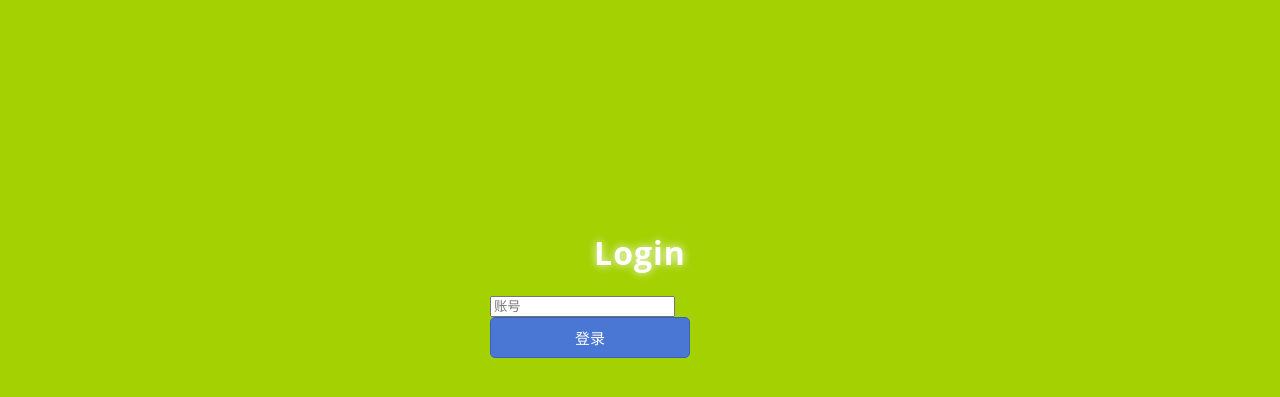
Repository: SnugHAN/gg
Page: http://localhost/bank/
These files come from the project's save history. The page is drawn as it stood at one moment and after the next save; the edit follows.
The browser window is 1280 px wide. The pictures show the whole page.
The page is served by Tomcat 9. Queries for data that is not in the repository find no rows.

Above is the page before, as saved 2016-11-30 13:29:40.

### bank/bank/WebRoot/index.jsp
<%@ page language="java" import="java.util.*" pageEncoding="utf-8"%>

<%
String path = request.getContextPath();
String basePath = request.getScheme()+"://"+request.getServerName()+":"+request.getServerPort()+path+"/";
%>
<%@ page language="java" contentType="text/html; charset=utf-8"%>
<%@ page import="java.sql.* "%>

<%@ page import="java.lang.String" %>
<%@ page import="java.sql.ResultSet" %>
<!DOCTYPE HTML PUBLIC "-//W3C//DTD HTML 4.01 Transitional//EN">
<html>
  <head>
    <base href="<%=basePath%>">

    <title>我存我惠</title>
	<meta http-equiv="pragma" content="no-cache">
	<meta http-equiv="cache-control" content="no-cache">
	<meta http-equiv="expires" content="0">
	<meta http-equiv="keywords" content="keyword1,keyword2,keyword3">
	<meta http-equiv="description" content="This is my page">
	<!--
	<link rel="stylesheet" type="text/css" href="styles.css">
	-->
  <link rel="stylesheet" type="text/css" href="css/login.css"/>
  </head>
  <body>
     <div id="login">
        <h1>Login</h1>
        <form method="post" action="index.jsp">

            <input class="inpu" type="text" required="required" placeholder="账号" name="username">
            <button class="but" type="submit" >登录</button>
        </form>
    </div>

     <%

   String username = request.getParameter("username");
   try{
	   Class.forName("oracle.jdbc.driver.OracleDriver");

   }catch(ClassNotFoundException e){

	   e.printStackTrace();
   }

   try{
       //Class.forName("oracle.jdbc.driver.OracleDriver").newInstance();
       Connection con = DriverManager.getConnection("jdbc:oracle:thin:@localhost:1521:orcl","system","hankangqi");
       if(con==null){
          System.out.println("与oracle数据库连接失败！");
      }else{
    	  System.out.println("与oracle数据库连接成功！");
      }
       Statement stmt = con.createStatement();
       String sql = "select * from hkm where username='"+username+"'";
       System.out.println(username);
       ResultSet rs = stmt.executeQuery(sql);
       //System.out.println("不错");
       if(rs.next()){
    	  // System.out.println("fdsfdf");
    	   if(rs.getString("username").equals(username)){
        	  // System.out.println("不错");
               %>
               <form method="post" action="admin.jsp">
               <input type="text" value="<%=rs.getString("username")%>" name="username" hidden>
               <input class="inp" type="submit" name="tijiao" placeholder="点击这里进入您的主页">
               </form>
               <%
           }else {
               response.sendRedirect("index.jsp");
           }

       }
       else{
    	   System.out.println("不对啊！");
       }
   }catch (Exception e) {
       e.printStackTrace();
   }


%>
  </body>
</html>

### bank/bank/WebRoot/css/login.css
@CHARSET "UTF-8";
html{
    width: 100%;
    height: 100%;
    overflow: hidden;
    font-style: sans-serif;
}
body{
    width: 100%;
    height: 100%;
    font-family: 'Open Sans',sans-serif;
    margin: 0;
    background-color: #A3D101;
}
#login{
    position: absolute;
    top: 50%;
    left:50%;
    margin: -150px 0 0 -150px;
    width: 300px;
    height: 300px;
}
#login h1{
    color: #fff;
    text-shadow:0 0 10px;
    letter-spacing: 1px;
    text-align: center;
}
h1{
    font-size: 2em;
    margin: 0.67em 0;
}
#input{
    width: 278px;
    height: 18px;
    margin-bottom: 10px;
    outline: none;
    padding: 10px;
    font-size: 13px;
    color: #fff;
    text-shadow:1px 1px 1px;
    border-top: 1px solid #312E3D;
    border-left: 1px solid #312E3D;
    border-right: 1px solid #312E3D;
    border-bottom: 1px solid #56536A;
    border-radius: 4px;
    background-color: #2D2D3F;
}
.but{
    width: 200px;
    min-height: 20px;
    display: block;
    background-color: #4a77d4;
    border: 1px solid #3762bc;
    color: #fff;
    padding: 9px 14px;
    font-size: 15px;
    line-height: normal;
    border-radius: 5px;
    margin: 0;
}
.inp{

	 width: 200px;
    height: 18px;
    margin-bottom: 10px;
    outline: none;
    padding: 10px;
    font-size: 13px;
    color: #fff;
    text-shadow:1px 1px 1px;
    border-top: 1px solid #312E3D;
    border-left: 1px solid #312E3D;
    border-right: 1px solid #312E3D;
    border-bottom: 1px solid #56536A;
    border-radius: 4px;
    background-color: #2D2D3F;
}

After the next save:
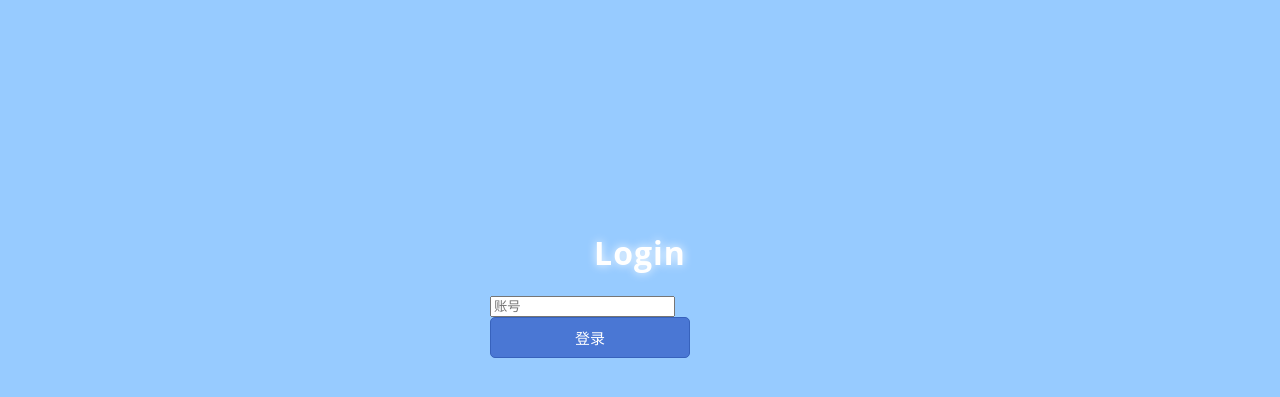
Saved 2 min 56 s later.
--- a/bank/bank/WebRoot/css/login.css
+++ b/bank/bank/WebRoot/css/login.css
@@ -10,7 +10,7 @@ body{
     height: 100%;
     font-family: 'Open Sans',sans-serif;
     margin: 0;
-    background-color: #A3D101;
+    background-color: #97cbff;
 }
 #login{
     position: absolute;
@@ -59,20 +59,3 @@ h1{
     border-radius: 5px;
     margin: 0;
 }
-.inp{
-
-	 width: 200px;
-    height: 18px;
-    margin-bottom: 10px;
-    outline: none;
-    padding: 10px;
-    font-size: 13px;
-    color: #fff;
-    text-shadow:1px 1px 1px;
-    border-top: 1px solid #312E3D;
-    border-left: 1px solid #312E3D;
-    border-right: 1px solid #312E3D;
-    border-bottom: 1px solid #56536A;
-    border-radius: 4px;
-    background-color: #2D2D3F;
-}
